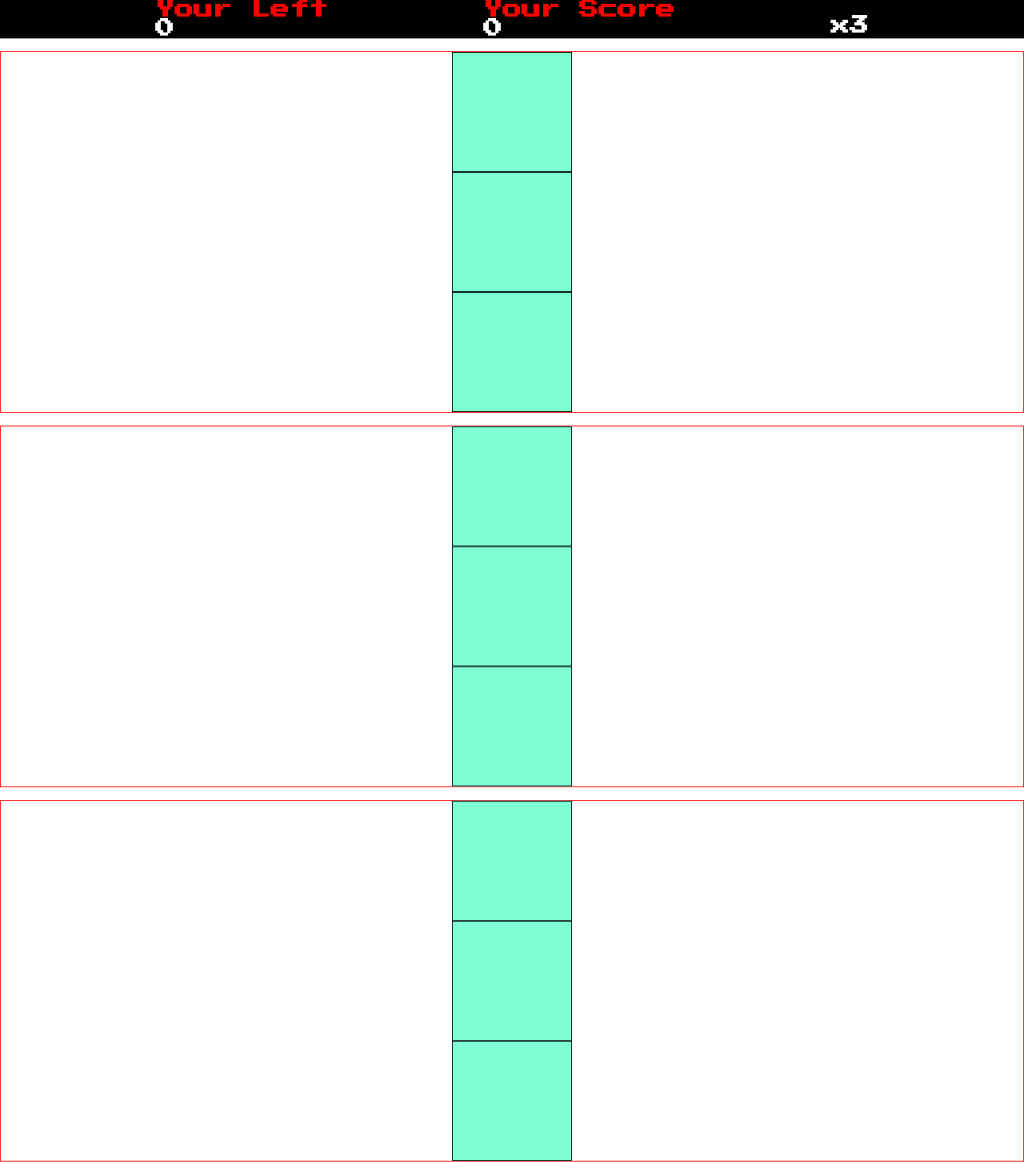
Repository: Zoemateus324/detona-ralph-js
Page: index.html
An editor plug-in stored every save of this project. The page is shown before and after the next save, followed by the edit.
The browser window is 1280 px wide. The pictures show the whole page, at 80% of full size.

Above is the page before, as saved 2024-11-26 09:01:17.

After the next save:
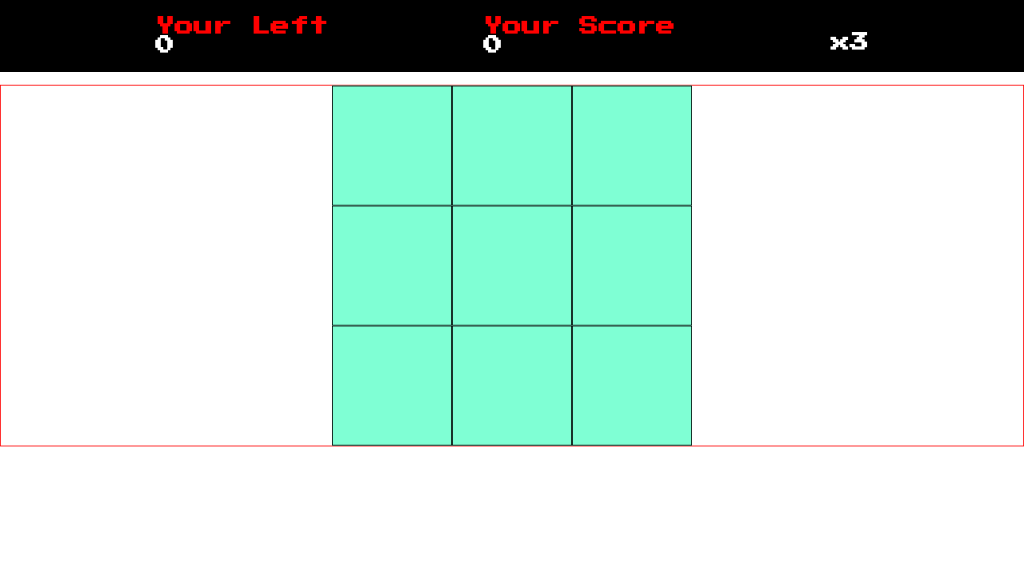
Saved 38 s later.
--- a/index.html
+++ b/index.html
@@ -46,25 +46,20 @@
                 <div class="square" id="2"></div>
                 <div class="square" id="3"></div>
             </div>
-        </div>
-        <div class="panel">
             <div class="panel-row">
                 <div class="square" id="4"></div>
                 <div class="square" id="5"></div>
                 <div class="square" id="6"></div>
             </div>
-        </div>
-        <div class="panel">
             <div class="panel-row">
                 <div class="square" id="7"></div>
                 <div class="square" id="8"></div>
                 <div class="square" id="9"></div>
             </div>
         </div>
-    </div>
 
 
-    <script defer src="./src/scripts/main.js"></script>
+        <script defer src="./src/scripts/main.js"></script>
 </body>
 
 
